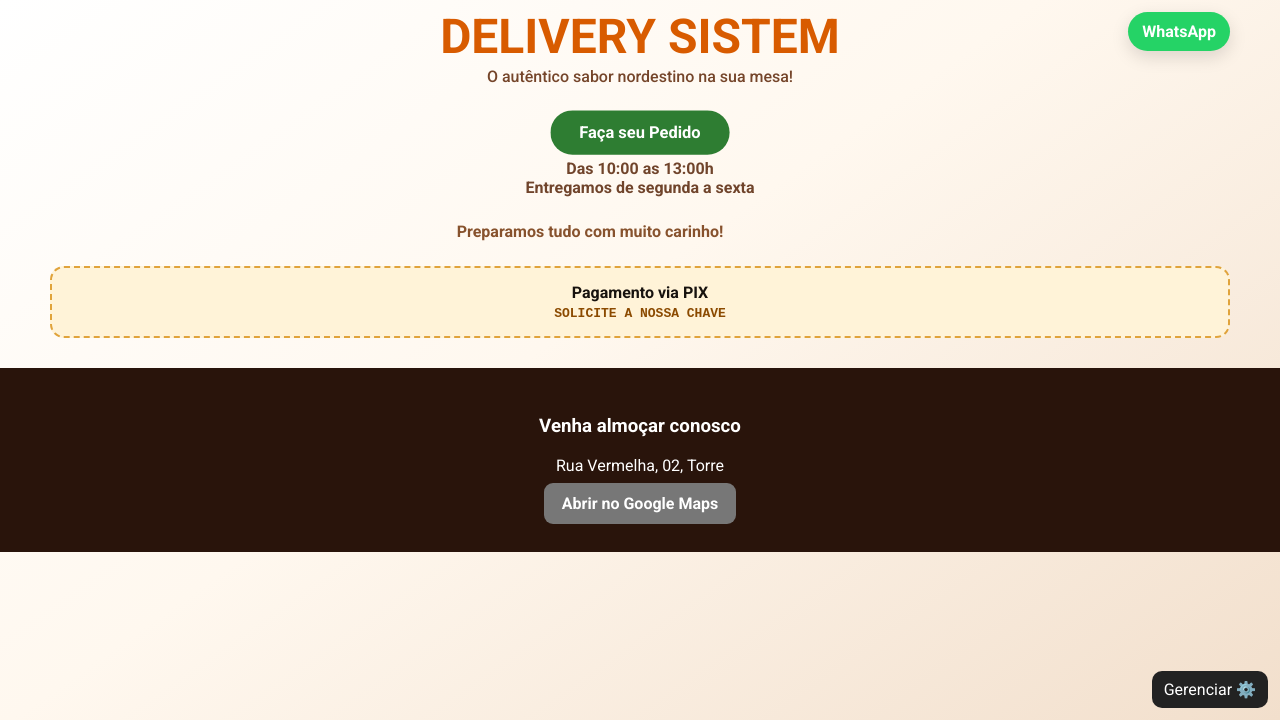
Repository: JeffRodFer/two-sistem-delivery
Page: public/index.html
The author's editor kept a copy of each file at every save. The page is drawn from the files as they stood at one save, then again after the next save.
The browser window is 1280 px wide. The pictures show the whole page.

Above is the page before, as saved 2026-10-29 00:28:01.

### public/index.html
<!doctype html>
<html lang="pt-BR">

<head>
  <meta charset="utf-8">
  <meta name="viewport" content="width=device-width,initial-scale=1">
  <!-- 1. Descrição principal corrigida -->
  <meta name="description" content="Faça seu pedido no Sistema Delivery">
  <title>SEC - Sistema Delivery</title>
  <!-- 2. Etiquetas específicas para o WhatsApp ler -->
  <meta property="og:title" content="Sistema Delivery">
  <meta property="og:description" content="Faça seu pedido de forma rápida!">
  <link rel="stylesheet" href="style.css">
  <link rel="preconnect" href="https://fonts.googleapis.com">
  <link rel="preconnect" href="https://fonts.gstatic.com" crossorigin>
  <link
    href="https://fonts.googleapis.com/css2?family=Poppins:wght@600;700;800&family=Roboto:wght@400;500;700&display=swap"
    rel="stylesheet">
</head>

<body>


  <header class="container">

    <div class="topbar">

      <div id="datetime" class="datetime"></div>


      <div class="brand">

        <h1>
          DELIVERY SISTEM
        </h1>

        <p>
          O autêntico sabor nordestino na sua mesa!
        </p>

      </div>


      <a id="wa-float-link" class="wa-float" href="https://wa.me/5581920036280" target="_blank" rel="noopener">
        WhatsApp
      </a>

    </div>


    <button class="cta" id="openOrder">
      Faça seu Pedido
    </button>


    <div class="notice">
      Das 10:00 as 13:00h <br>
      Entregamos de segunda a sexta
    </div>

  </header>


  <main class="container" id="menu"></main>


  <div class="container note">
    Preparamos tudo com muito carinho!
  </div>


  <div class="container pix">

    <strong>
      Pagamento via PIX
    </strong>

    <br>


    <code>
    SOLICITE A NOSSA CHAVE
  </code>

  </div>


  <footer class="footer">

    <div class="container">

      <h3>
        Venha almoçar conosco
      </h3>

      <div>
        Rua Vermelha, 02, Torre
      </div>


      <a class="maps" href="https://maps.google.com/?q=Rua+Vermelha+02+Torre" target="_blank" rel="noopener">
        Abrir no Google Maps
      </a>


    </div>

  </footer>


  <button class="manage" id="openAdmin">
    Gerenciar ⚙️
  </button>
  <br>
  <br>
  <br>
  <br>

  <!-- =====================================================
     MODAL DO PEDIDO
     ===================================================== -->

  <div class="overlay hidden" id="orderOverlay">

    <div class="modal">


      <!-- PASSO 1 -->

      <div id="orderStep1" class="step active">

        <h2>
          Faça seu Pedido
        </h2>


        <div id="orderError1" class="error hidden"></div>


        <div class="form-grid">


          <div class="field">

            <label>
              Nome Completo
            </label>

            <input id="customerName" autocomplete="name">

          </div>


          <div class="field">

            <label>
              Telefone
            </label>

            <input id="customerPhone" inputmode="tel" autocomplete="tel" maxlength="15" placeholder="(81) 99999-8888">

          </div>


          <div class="field full">

            <label>
              Endereço de Entrega
            </label>

            <input id="customerAddress" autocomplete="street-address">

          </div>


          <div class="field">

            <label>
              Quantidade de Marmitas
            </label>

            <input id="mealCount" type="number" min="1" max="20" value="1">

          </div>


        </div>


        <div class="delivery">

          <label>

            <input type="radio" name="delivery" value="true" checked>

            Entrega em casa - R$ 5,00

          </label>


          <label>

            <input type="radio" name="delivery" value="false">

            Retirar no Restaurante - R$ 0,00

          </label>

        </div>


        <div class="actions">

          <button class="btn gray" id="closeOrder1">
            Cancelar
          </button>


          <button class="btn green" id="toStep2">
            Continuar
          </button>

        </div>

      </div>


      <!-- PASSO 2 -->

      <div id="orderStep2" class="step">

        <h2>
          Monte suas Marmitas
        </h2>


        <div id="orderError2" class="error hidden"></div>


        <div id="marmitas"></div>


        <div class="actions">

          <button type="button" class="btn gray" id="backStep1">
            Voltar
          </button>


          <button type="button" class="btn green" id="toStep3">
            Encerrar e seguir
          </button>

        </div>

      </div>


      <!-- PASSO 3 -->
      <div id="orderStep3" class="step">

        <h2>Resumo do Pedido</h2>

        <div id="orderSummary" class="order-text"></div>

        <div id="finalTotal" class="total"></div>

        <div class="actions">
          <button class="btn red" id="cancelFinal">
            Voltar
          </button>

          <button class="btn green" id="sendRestaurant">
            Enviar Pedido ao Restaurante
          </button>
        </div>

      </div>

    </div>

  </div>


  <!-- =====================================================
     MODAL ADMINISTRATIVO
     ===================================================== -->

  <div class="overlay hidden" id="adminOverlay">

    <div class="admin-modal">

      <h2>
        Gerenciar Cardápio
      </h2>


      <div id="adminError" class="error hidden"></div>


      <!-- LOGIN -->

      <div id="adminLogin">

        <div class="field">

          <label>
            Usuário
          </label>

          <input id="adminUser" autocomplete="username" value="admin">

        </div>


        <div class="field" style="margin-top:10px">

          <label>
            Senha
          </label>

          <input id="adminPassword" type="password" autocomplete="current-password">

        </div>


        <div class="actions">

          <button class="btn gray" id="closeAdminLogin">
            Fechar
          </button>


          <button class="btn green" id="adminLoginBtn">
            Entrar
          </button>

        </div>

      </div>


      <!-- PAINEL -->

      <div id="adminPanel" class="hidden">

        <div id="adminItems" class="admin-grid"></div>


        <div class="actions">

          <button class="btn gray" id="adminClose">
            Fechar
          </button>


          <button class="btn green" id="adminSave">
            Salvar alterações
          </button>

        </div>

      </div>

    </div>

  </div>


  <script>
    'use strict';
  </script>

</body>

</html>

### public/style.css
:root {
      --orange: #f57c00;
      --brown: #6d3414;
      --green: #2e7d32;
      --red: #d32f2f;
      --blue: #1976d2;
      --purple: #7b1fa2;
      --cream: #fffaf5;
      --line: #eadfd6;
      --muted: #666;
    }

    * {
      box-sizing: border-box;
    }

    html {
      scroll-behavior: smooth;
    }

    body {
      margin: 0;
      background:
        linear-gradient(145deg,
          #fff 0%,
          #fff8ef 45%,
          #f2dfcc 100%);
      color: #17120e;
      font-family: Roboto, Arial, sans-serif;
      min-height: 100vh;
    }

    button,
    input,
    textarea {
      font: inherit;
    }

    button {
      cursor: pointer;
      border: 0;
    }

    .container {
      width: min(1180px, 94%);
      margin: auto;
    }


    /* HEADER */

    .topbar {
      display: grid;
      grid-template-columns: 1fr auto 1fr;
      align-items: start;
      padding: 12px 0;
      gap: 10px;
    }

    .datetime {
      font-size: .82rem;
      color: #674e3d;
    }

    .brand {
      text-align: center;
    }

    .brand h1 {
      margin: 0;
      color: #d85b00;
      font-size: clamp(1.8rem, 5vw, 3rem);
      line-height: 1.05;
    }

    .brand p {
      margin: 5px 0;
      color: #75452a;
      font-weight: 500;
    }

    .wa-float {
      justify-self: end;
      background: #25d366;
      color: #fff;
      padding: 10px 14px;
      border-radius: 999px;
      text-decoration: none;
      font-weight: 700;
      box-shadow: 0 6px 18px #0002;
    }

    .cta {
      display: block;
      margin: 8px auto 5px;
      background: var(--green);
      color: #fff;
      border-radius: 999px;
      padding: 12px 28px;
      font-weight: 800;
      font-size: 1rem;
      animation: pulse 2s infinite;
    }

    .notice {
      text-align: center;
      color: #70442b;
      font-weight: 700;
      margin-bottom: 18px;
    }

    @keyframes pulse {

      0%,
      100% {
        transform: scale(1);
      }

      50% {
        transform: scale(1.03);
      }
    }


    /* CARDÁPIO */

    .section {
      margin: 20px 0;
    }

    .section h2 {
      margin: 0 0 12px;
      color: var(--brown);
    }

    .grid {
      display: grid;
      grid-template-columns:
        repeat(auto-fit,
          minmax(180px, 1fr));
      gap: 10px;
    }

    .card {
      background: #fff;
      border: 1px solid var(--line);
      border-radius: 14px;
      padding: 14px;
      box-shadow:
        0 3px 12px #5a2a0d12;
    }

    .card strong {
      display: block;
    }

    .unavailable {
      opacity: .52;
    }

    .badge {
      display: inline-block;
      margin-top: 7px;
      font-size: .78rem;
      background: #eee;
      padding: 4px 8px;
      border-radius: 999px;
    }

    .accent-guarnicoes {
      border-top: 5px solid #8b5a2b;
    }

    .accent-proteinas {
      border-top: 5px solid #d32f2f;
    }

    .accent-bebidas {
      border-top: 5px solid #1976d2;
    }

    .accent-sobremesas {
      border-top: 5px solid #7b1fa2;
    }

    .note {
      text-align: center;
      font-weight: 700;
      color: #87522d;
      margin: 25px 0;
    }

    .pix {
      background: #fff3d8;
      border: 2px dashed #e0a33b;
      border-radius: 14px;
      padding: 15px;
      text-align: center;
    }

    .pix code {
      font-weight: 800;
      color: #8b4a00;
      word-break: break-all;
    }


    /* FOOTER */

    .footer {
      margin-top: 30px;
      background: #29140b;
      color: #fff;
      padding: 28px 0;
      text-align: center;
    }

    .maps {
      display: inline-block;
      background: #777;
      color: #fff;
      padding: 11px 18px;
      border-radius: 9px;
      text-decoration: none;
      font-weight: 700;
      margin-top: 8px;
    }

    .manage {
      position: fixed;
      right: 12px;
      bottom: 12px;
      background: #222;
      color: #fff;
      padding: 9px 12px;
      border-radius: 10px;
      z-index: 20;
    }


    /* MODAIS */

    .overlay {
      position: fixed;
      inset: 0;
      background: #0009;
      display: flex;
      align-items: center;
      justify-content: center;
      padding: 12px;
      z-index: 100;
    }

    .hidden {
      display: none !important;
    }

    .modal {
      background: #fff;
      width: min(1050px, 100%);
      max-height: 94vh;
      overflow: auto;
      border-radius: 18px;
      box-shadow: 0 20px 70px #0007;
      padding: 22px;
    }

    .modal h2 {
      color: var(--brown);
      margin: 0 0 18px;
    }

    .step {
      display: none;
    }

    .step.active {
      display: block;
    }


    /* FORMULÁRIO */

    .form-grid {
      display: grid;
      grid-template-columns: 1fr;
      gap: 12px;
    }

    .field label {
      display: block;
      font-weight: 700;
      margin-bottom: 5px;
    }

    .field input,
    .field textarea,
    .field select {
      width: 100%;
      padding: 11px;
      border: 1px solid #cfcfcf;
      border-radius: 10px;
      background: #fff;
    }

    .field textarea {
      min-height: 75px;
      resize: vertical;
    }

    .delivery {
      display: grid;
      gap: 9px;
      margin: 12px 0;
    }

    .delivery label {
      border: 1px solid #ddd;
      border-radius: 10px;
      padding: 12px;
    }


    /* MARMITAS */

    .marmita {
      border: 1px solid #ddd;
      border-radius: 15px;
      padding: 14px;
      margin: 14px 0;
      background: #fff;
    }

    .marmita h3 {
      margin: 0 0 12px;
      color: #7b401f;
    }

    .choice-group {
      margin: 13px 0;
    }

    .choice-group h4 {
      margin: 0 0 8px;
    }

    .choices {
      display: grid;
      grid-template-columns:
        repeat(auto-fit,
          minmax(190px, 1fr));
      gap: 8px;
    }

    .check {
      border: 1px solid #ddd;
      border-radius: 10px;
      padding: 9px;
      background: #fafafa;
    }

    .check input {
      margin-right: 6px;
    }

    .limit {
      font-size: .8rem;
      color: var(--muted);
      margin: 5px 0;
    }


    /*
  IMPORTANTE:
  A linha de quantidade agora é uma GRID
  com nome + preço + menos + quantidade + mais.
  Assim o + nunca cai para a linha de baixo.
*/

    .qty-list {
      display: grid;
      gap: 7px;
    }

    .qty-row {
      display: grid;

      grid-template-columns:
        minmax(0, 1fr) auto auto auto auto;

      align-items: center;

      gap: 8px;

      border: 1px solid #eee;
      border-radius: 11px;
      padding: 8px;

      background: #faf8f6;
    }

    .qty-name {
      min-width: 0;
      font-weight: 700;
      overflow-wrap: anywhere;
    }

    .qty-price {
      font-size: .9rem;
      color: #555;
      white-space: nowrap;
    }

    .qty-btn {
      width: 36px;
      height: 36px;
      border-radius: 9px;
      background: #eee;
      font-weight: 900;
      font-size: 1.1rem;
    }

    .qty-value {
      min-width: 22px;
      text-align: center;
      font-weight: 800;
    }


    /* BOTÕES */

    .actions {
      display: flex;
      gap: 10px;
      justify-content: flex-end;
      flex-wrap: wrap;
      margin-top: 18px;
    }

    .btn {
      padding: 12px 18px;
      border-radius: 10px;
      font-weight: 800;
    }

    .btn.green {
      background: #2e7d32;
      color: #fff;
    }

    .btn.red {
      background: #e57373;
      color: #fff;
    }

    .btn.gray {
      background: #eee;
    }

    .total {
      font-size: 1.2rem;
      text-align: right;
      color: #18752b;
      font-weight: 900;
      margin-top: 14px;
    }

    .error {
      background: #ffe5e5;
      color: #9b1c1c;
      padding: 10px;
      border-radius: 9px;
      margin: 10px 0;
    }

    .order-text {
      background: #f5f5f5;
      padding: 14px;
      border-radius: 12px;
      white-space: pre-wrap;
      font-family: monospace;
      line-height: 1.45;
    }


    /* ADMIN */

    .admin-modal {
      background: #f5f5f5;
      width: min(1100px, 100%);
      max-height: 92vh;
      overflow: auto;
      border-radius: 18px;
      padding: 20px;
    }

    .admin-grid {
      display: grid;
      grid-template-columns: 1fr;
      gap: 16px;
    }

    .admin-section {
      background: #fff;
      padding: 14px;
      border-radius: 14px;
    }

    .admin-item {
      display: flex;
      align-items: center;
      justify-content: space-between;
      gap: 10px;
      padding: 9px 0;
      border-bottom: 1px solid #eee;
    }

    .admin-item:last-child {
      border-bottom: 0;
    }

    .switch {
      position: relative;
      width: 50px;
      height: 28px;
      flex: 0 0 auto;
    }

    .switch input {
      display: none;
    }

    .slider {
      position: absolute;
      inset: 0;
      background: #bbb;
      border-radius: 30px;
    }

    .slider:before {
      content: "";
      position: absolute;
      width: 22px;
      height: 22px;
      left: 3px;
      top: 3px;
      background: #fff;
      border-radius: 50%;
      transition: .2s;
    }

    .switch input:checked+.slider {
      background: #2e7d32;
    }

    .switch input:checked+.slider:before {
      transform: translateX(22px);
    }


    /* RESPONSIVO */

    @media(min-width:700px) {

      .form-grid {
        grid-template-columns:
          1fr 1fr;
      }

      .form-grid .full {
        grid-column: 1/-1;
      }

      .admin-grid {
        grid-template-columns:
          1fr 1fr;
      }

    }


    @media(max-width:600px) {

      .topbar {
        grid-template-columns:
          1fr auto;
      }

      .brand {
        grid-column: 1/-1;
        grid-row: 1;
      }

      .datetime {
        grid-column: 1;
      }

      .wa-float {
        grid-column: 2;
      }

      /*
    Mantém TODOS os controles da bebida
    na mesma linha.
  */

      .qty-row {
        grid-template-columns:
          minmax(0, 1fr) auto auto auto auto;
      }

      .qty-price {
        font-size: .8rem;
      }

      .modal {
        padding: 15px;
      }

      .actions .btn {
        flex: 1 1 100%;
      }

    }

After the next save:
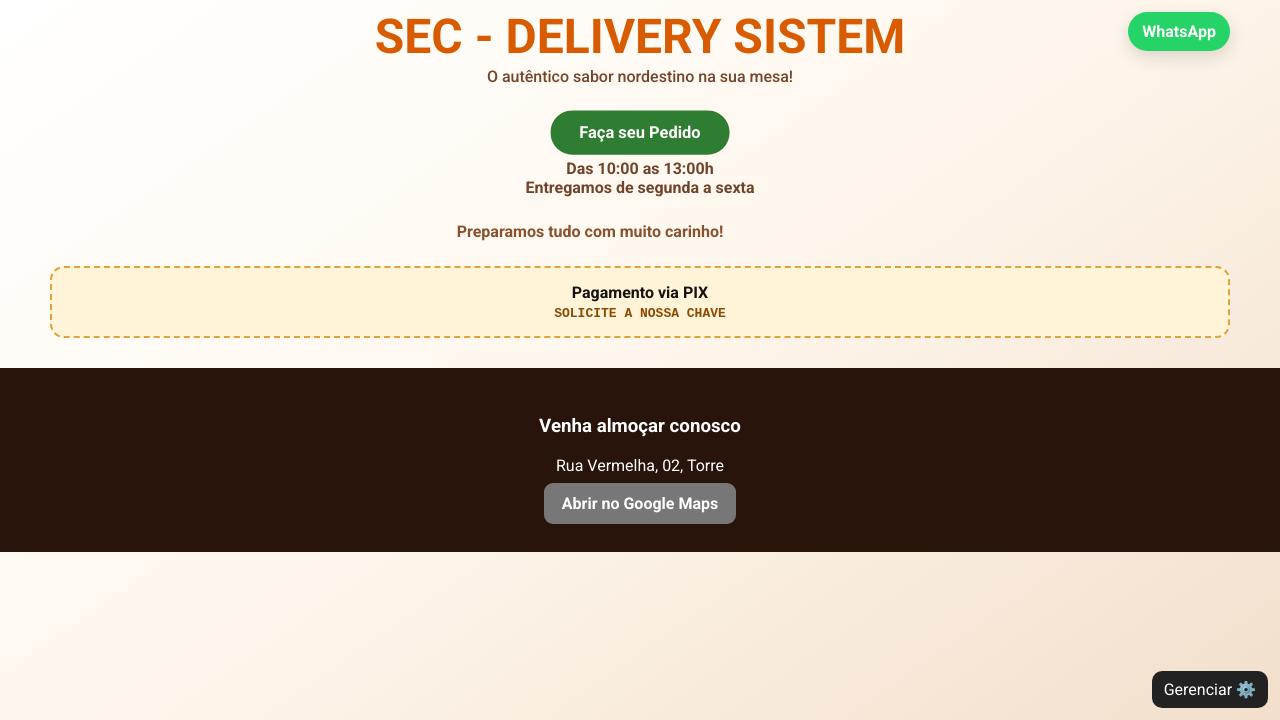
Saved 10 s later.
--- a/public/index.html
+++ b/public/index.html
@@ -31,7 +31,7 @@
       <div class="brand">
 
         <h1>
-          DELIVERY SISTEM
+          SEC - DELIVERY SISTEM
         </h1>
 
         <p>
